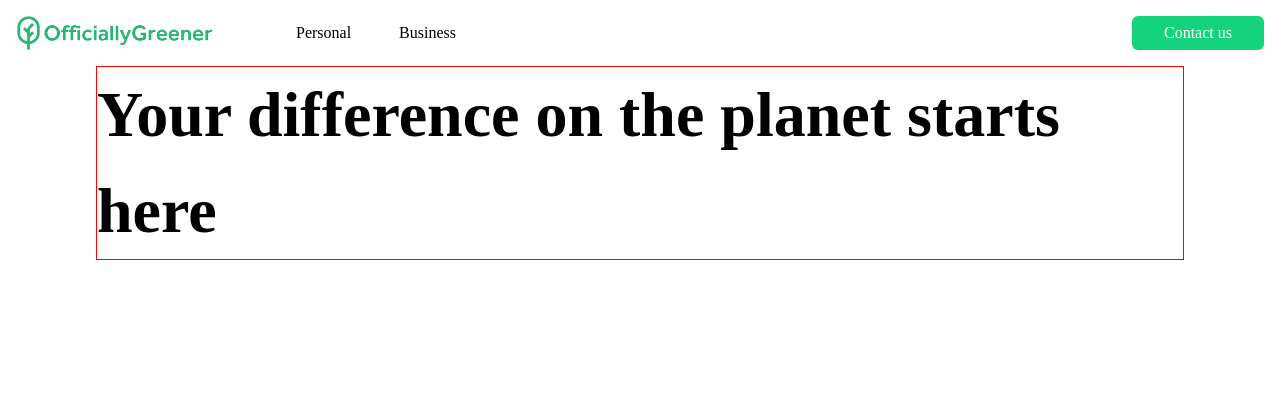
Repository: Sinkycode/Officially-Greener
Page: index.html
The author's editor kept a copy of each file at every save. The page is drawn from the files as they stood at one save, then again after the next save.
The browser window is 1280 px wide. The pictures show the whole page.

Above is the page before, as saved 2023-03-07 21:06:29.

### index.html
<!DOCTYPE html>
<html lang="en">
<head>
  <meta charset="UTF-8">
  <meta http-equiv="X-UA-Compatible" content="IE=edge">
  <meta name="viewport" content="width=device-width, initial-scale=1.0">
  <link rel="stylesheet" href="style.css">
  <title>Officially Greener</title>
</head>
<body>
  <div id="landing-page">
    <header>
      <img src="logo/Officially Greener Transparent background.png" alt="officially mobile logo" id="logo" width="200px">
      <ul class="nav-list">
        <li><a href="http://">Personal</a></li>
        <li><a href="http://">Business</a></li>
      </ul>
     <button class="btn">Contact us</button>
    </header>
    <div class="container">
      <div class="context">
        <h1 class="landing-page__big-txt">Your difference on the planet starts here</h1>
      </div>
    </div>
  </div>
</body>
</html>

### style.css
:root {

}

*, *::after, *::before {
  box-sizing: border-box;
  margin: 0;
  padding: 0;
}

html, body {
  font-family: 'effra';
  scroll-behavior: smooth;
  overflow-x: hidden;
}

body {
  line-height: 1.5;
  font-size: 16px;
}

/* CUSTOMIZATION */
img {
  max-width: 100%;
  display: block;
}

button, input {
  outline: none;
  border: none;
  /* background: transparent; */
  font-family: inherit;
  font-size: inherit;
  color: inherit;
}

ul, p {
  margin: 0;
  list-style: none;

}

a {
  text-decoration: none;
  color: inherit;
}

h1,h2,h3 {
  margin: 0;
}

.container {
  max-width: 85%;
  margin: 0 auto;
}

header {
  display: flex;
  align-items: center;
  gap: 5rem;
  padding: 1rem;
  /* border: 1px solid red; */
}

.nav-list {
  display: flex;
  gap: 3rem;
}

header > *:last-child {
  margin-left: auto;
}

.btn {
  background-color: rgb(19, 212, 125);
  color: white;
  padding: .5rem 2rem;
  border-radius: 6px;
}

#landing-page .container {
  border: 1px solid red;
}

.landing-page__big-txt {
  font-size: clamp(2rem, 1rem + 10vw, 4rem);
  min-width: 50%;
}

After the next save:
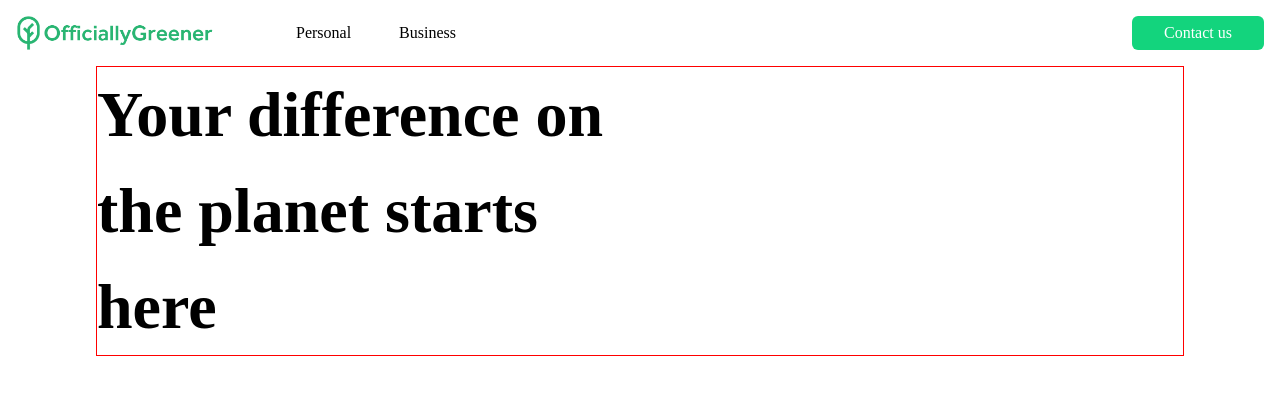
Saved 9 s later.
--- a/style.css
+++ b/style.css
@@ -84,5 +84,5 @@
 
 .landing-page__big-txt {
   font-size: clamp(2rem, 1rem + 10vw, 4rem);
-  min-width: 50%;
+  max-width: 50%;
 }

After the 2 saves that followed:
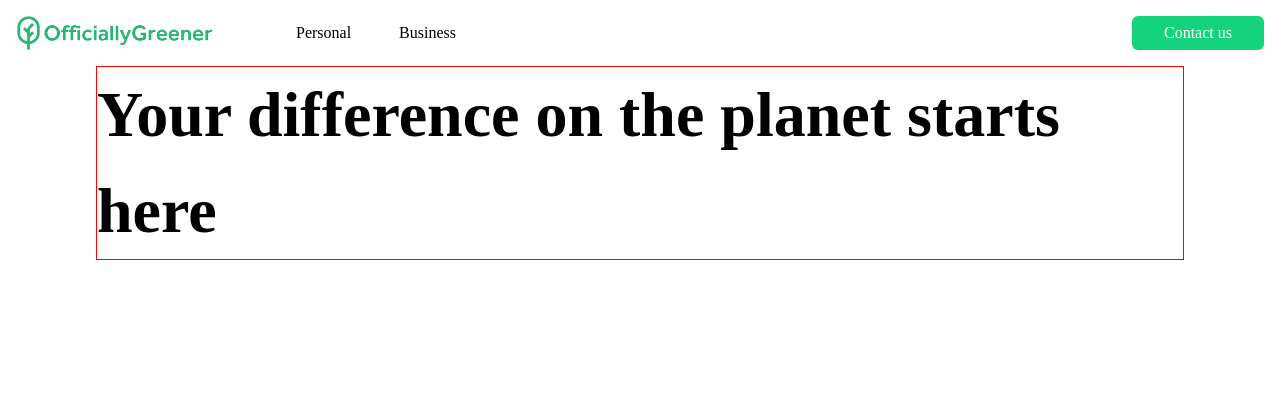
The 2 saves are shown as one change because they came seconds apart.
The last was saved 9 s later.
--- a/style.css
+++ b/style.css
@@ -84,5 +84,5 @@
 
 .landing-page__big-txt {
   font-size: clamp(2rem, 1rem + 10vw, 4rem);
-  max-width: 50%;
+  max-width: 100%;
 }
